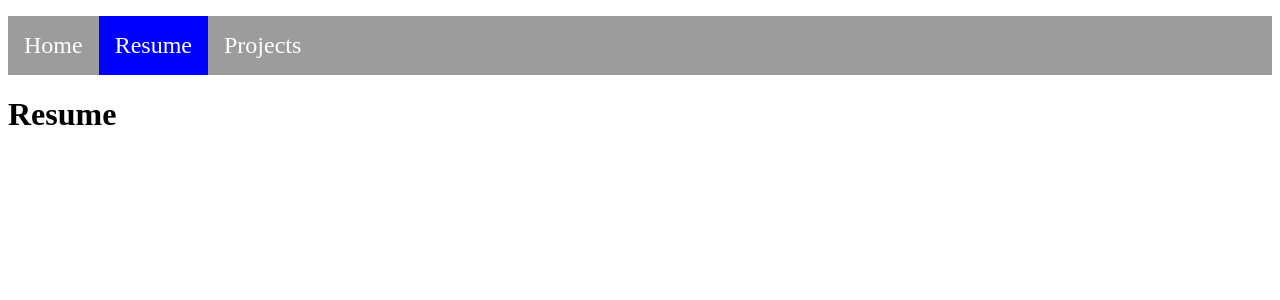
Repository: Peng-uin/Peng-uin.github.io
Page: resume.html
The author's editor kept a record of every edit. The page is drawn from the files as they stood at one moment, then again after the next edit.
The browser window is 1280 px wide. The pictures show the whole page.

Above is the page before.

After the next edit:
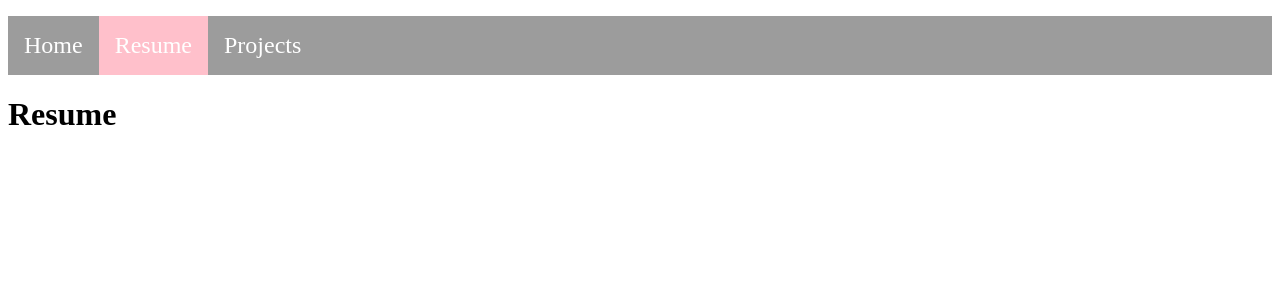
The edit:
--- a/style.css
+++ b/style.css
@@ -32,5 +32,5 @@
                 display: block
             }
             .active{
-                background-color: blue;
+                background-color: pink;
             }
